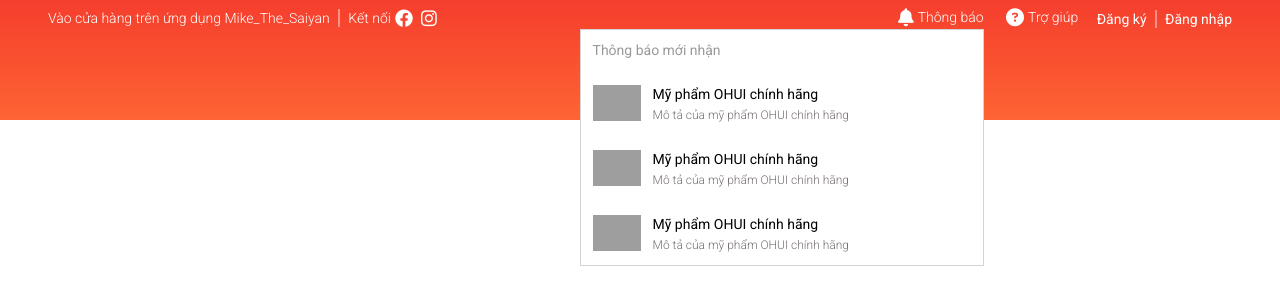
Repository: thefellowshiplotr/project_shopee
Page: index.html
These files come from the project's save history. The page is drawn as it stood at one moment and after the next save; the edit follows.
The browser window is 1280 px wide. The pictures show the whole page.
Pictures or frames that could not be fetched are drawn as grey boxes.

Above is the page before, as saved 2022-11-07 10:08:47.

### index.html
<!DOCTYPE html>
<html lang="en">
  <head>
    <meta charset="UTF-8" />
    <meta http-equiv="X-UA-Compatible" content="IE=edge" />
    <meta name="viewport" content="width=device-width, initial-scale=1.0" />
    <title>Shopee</title>
    <link
      rel="stylesheet"
      href="https://cdnjs.cloudflare.com/ajax/libs/normalize/8.0.1/normalize.min.css"
      integrity="sha512-NhSC1YmyruXifcj/KFRWoC561YpHpc5Jtzgvbuzx5VozKpWvQ+4nXhPdFgmx8xqexRcpAglTj9sIBWINXa8x5w=="
      crossorigin="anonymous"
      referrerpolicy="no-referrer"
    />
    <link rel="preconnect" href="https://fonts.googleapis.com" />
    <link rel="preconnect" href="https://fonts.gstatic.com" crossorigin />
    <link
      href="https://fonts.googleapis.com/css2?family=Roboto:wght@300;400;500;700&display=swap"
      rel="stylesheet"
    />
    <link rel="stylesheet" href="./assets/css/base.css" />
    <link rel="stylesheet" href="./assets/css/main.css" />
    <link
      rel="stylesheet"
      href="./assets/fonts/fontawesome-free-6.2.0-web/fontawesome-free-6.2.0-web/css/all.min.css"
    />
  </head>
  <body>
    <div class="wrapper">
      <header class="header">
        <div class="grid">
          <nav class="header__navbar">
            <ul class="header__navbar-list">
              <li
                class="header__navbar-item header__navbar-item-has-qr header__navbar-item--separate"
              >
                Vào cửa hàng trên ứng dụng Mike_The_Saiyan

                <!-- Header QR -->
                <div class="header__qr">
                  <img
                    src="./assets/img/QR-shopee.png"
                    alt="QR code"
                    class="header__qr-img"
                  />
                  <div class="header__qr-apps">
                    <a href="" class="header__qr-link">
                      <img
                        src="./assets/img/appstore.png"
                        alt="Appstore"
                        class="header__qr-download-img"
                      />
                    </a>
                    <a href="" class="header__qr-link">
                      <img
                        src="./assets/img/google-play.png"
                        alt="Google Play"
                        class="header__qr-download-img"
                      />
                    </a>
                    <a href="" class="header__qr-link">
                      <img
                        src="./assets/img/app-galery.png"
                        alt="App Galary"
                        class="header__qr-download-img"
                      />
                    </a>
                  </div>
                </div>
              </li>
              <li class="header__navbar-item">
                <span class="header__navbar-title--no-pointer">Kết nối</span>
                <a href="" class="header__navbar-icon-link"
                  ><i class="header__navbar-icon fa-brands fa-facebook"></i
                ></a>
                <a href="" class="header__navbar-icon-link"
                  ><i class="header__navbar-icon fa-brands fa-instagram"></i
                ></a>
              </li>
            </ul>
            <ul class="header__navbar-list">
              <li class="header__navbar-item">
                <a href="" class="header__navbar-item-link">
                  <i class="header__navbar-icon fa-solid fa-bell"></i>
                  Thông báo
                </a>
                <div class="header__notify">
                  <header class="header__notify-header">
                    <h3>Thông báo mới nhận</h3>
                  </header>
                  <ul class="header__notify-list">
                    <li class="header__notify-item">
                      <a href="" class="header__notify-link">
                        <img
                          src="https://cdn.abphotos.link/photos/resized/200x120/83-1625652146-myphamohui-lgvina.png"
                          alt=""
                          class="header__notify-img"
                        />
                        <div class="header__notify-info">
                          <span class="header__notify-name"
                            >Mỹ phẩm OHUI chính hãng</span
                          >
                          <span class="header__notify-description"
                            >Mô tả của mỹ phẩm OHUI chính hãng</span
                          >
                        </div>
                      </a>
                    </li>
                    <li class="header__notify-item">
                      <a href="" class="header__notify-link">
                        <img
                          src="https://cdn.abphotos.link/photos/resized/200x120/83-1625652146-myphamohui-lgvina.png"
                          alt=""
                          class="header__notify-img"
                        />
                        <div class="header__notify-info">
                          <span class="header__notify-name"
                            >Mỹ phẩm OHUI chính hãng</span
                          >
                          <span class="header__notify-description"
                            >Mô tả của mỹ phẩm OHUI chính hãng</span
                          >
                        </div>
                      </a>
                    </li>
                    <li class="header__notify-item">
                      <a href="" class="header__notify-link">
                        <img
                          src="https://cdn.abphotos.link/photos/resized/200x120/83-1625652146-myphamohui-lgvina.png"
                          alt=""
                          class="header__notify-img"
                        />
                        <div class="header__notify-info">
                          <span class="header__notify-name"
                            >Mỹ phẩm OHUI chính hãng</span
                          >
                          <span class="header__notify-description"
                            >Mô tả của mỹ phẩm OHUI chính hãng</span
                          >
                        </div>
                      </a>
                    </li>
                  </ul>
                </div>
              </li>
              <li class="header__navbar-item">
                <a href="" class="header__navbar-item-link">
                  <i
                    class="header__navbar-icon fa-solid fa-circle-question"
                  ></i>
                  Trợ giúp
                </a>
              </li>
              <li
                class="header__navbar-item header__navbar-item--strong header__navbar-item--separate"
              >
                Đăng ký
              </li>
              <li class="header__navbar-item header__navbar-item--strong">
                Đăng nhập
              </li>
            </ul>
          </nav>
        </div>
      </header>

      <div class="container"></div>

      <footer class="footer"></footer>
    </div>
  </body>
</html>

### assets/css/base.css
:root {
  --primary-color: #ee4d2d;
  --white-color: #fff;
  --black-color: #000;
  --text-color: #333;
}

* {
  box-sizing: inherit;
}

html {
  font-size: 62.5%; /* Sử dụng kĩ thuật HACK*/
  line-height: 1.6rem;
  font-family: "Roboto", sans-serif;
  box-sizing: border-box;
}

.grid {
  width: 1200px;
  max-width: 100%;
  margin: 0 auto;
}

.grid__full-width {
  width: 100%;
}

.grid__row {
  display: flex;
  flex-wrap: wrap;
}

/* Animation */
@keyframes fadeIn {
  from {
    opacity: 0;
  }
  to {
    opacity: 1;
  }
}

### assets/css/main.css
.header {
  height: 120px;
  background-image: linear-gradient(0, #fe6433, #f53e2d);
}

.header__navbar {
  display: flex;
  justify-content: space-between;
  align-items: center;
}

.header__navbar-list {
  list-style: none;
  padding-left: 0;
  margin-top: 4px;
}

.header__navbar-item {
  margin: 0 8px;
  position: relative;
  min-height: 25px;
}

.header__navbar-item-has-qr:hover .header__qr {
  display: block;
}

.header__navbar-item,
.header__navbar-item-link {
  display: inline-block;
  font-size: 1.4rem;
  color: var(--white-color);
  text-decoration: none;
  font-weight: 300;
}

.header__navbar-item,
.header__navbar-item-link,
.header__navbar-icon-link {
  display: inline-flex;
  align-items: center;
}

.header__navbar-item:hover,
.header__navbar-item-link:hover,
.header__navbar-icon-link:hover {
  cursor: pointer;
  color: rgba(255, 255, 255, 0.7);
}

.header__navbar-item--strong {
  font-weight: 400;
}

.header__navbar-item--separate::after {
  content: "";
  display: block;
  position: absolute;
  border: 1px solid #fb9086;
  height: 16px;
  right: -10px;
  top: 50%;
  transform: translateY(-50%);
}

.header__navbar-icon-link {
  color: var(--white-color);
  text-decoration: none;
}

.header__navbar-icon {
  font-size: 1.8rem;
  margin: 0 4px;
}

.header__navbar-title--no-pointer {
  cursor: text;
  color: var(--white-color);
}

/* Header QR code*/
.header__qr {
  width: 186px;
  background-color: var(--white-color);
  position: absolute;
  left: 0;
  top: 118%; /* làm cho nó cao bằng 100% chiều cao của thằng chứa nó*/
  padding: 8px;
  border-radius: 2px;
  display: none;
  animation: fadeIn ease-in 0.4s;
}

.header__qr::before {
  position: absolute;
  left: 0;
  top: -16px;
  width: 100%;
  height: 20px;
  content: "";
  display: block;
}

.header__qr-img {
  width: 100%;
}

.header__qr-apps {
  display: flex;
  justify-content: space-between;
  flex-wrap: wrap;
  margin-top: 5px;
}

.header__qr-link:nth-child(1) {
  margin-left: 9px;
}

.header__qr-link:nth-child(2) {
  margin-right: 9px;
}
.header__qr-link:nth-child(3) {
  margin-left: 8px;
  margin-top: 8px;
}

.header__qr-download-img {
  height: 16px;
}

/* header notification */

.header__notify {
  position: absolute;
  top: 100%;
  width: 404px;
  right: 0;
  border: 1px solid #d3d3d3;
  background-color: var(--white-color);
}

.header__notify-header {
  height: 40px;
  background-color: var(--white-color);
}

.header__notify-header h3 {
  color: #999;
  margin: 0 0 0 12px;
  font-weight: 400;
  font-size: 1.4rem;
  line-height: 40px;
}

.header__notify-list {
  padding-left: 0;
}

.header__notify-item {
  display: flex;
}

.header__notify-link {
  display: flex;
  padding: 12px;
  text-decoration: none;
}

.header__notify-img {
  width: 48px;
  object-fit: contain;
}

.header__notify-info {
  margin-left: 12px;
}

.header__notify-name {
  display: block;
  color: var(--black-color);
  font-size: 1.4rem;
  font-weight: 400;
  line-height: calc(25 / 14);
}

.header__notify-description {
  display: block;
  font-size: 1.2rem;
  color: #756f6e;
}

Loaded but not shown: assets/fonts/fontawesome-free-6.2.0-web/fontawesome-free-6.2.0-web/css/all.min.css (library)

After the next save:
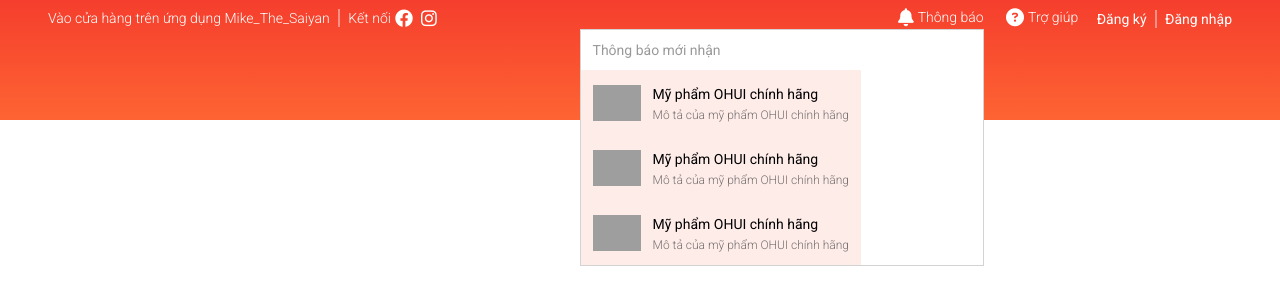
Saved 3 min 45 s later.
--- a/assets/css/main.css
+++ b/assets/css/main.css
@@ -164,6 +164,7 @@
   display: flex;
   padding: 12px;
   text-decoration: none;
+  background-color: rgba(238, 75, 43, 0.1);
 }
 
 .header__notify-img {
